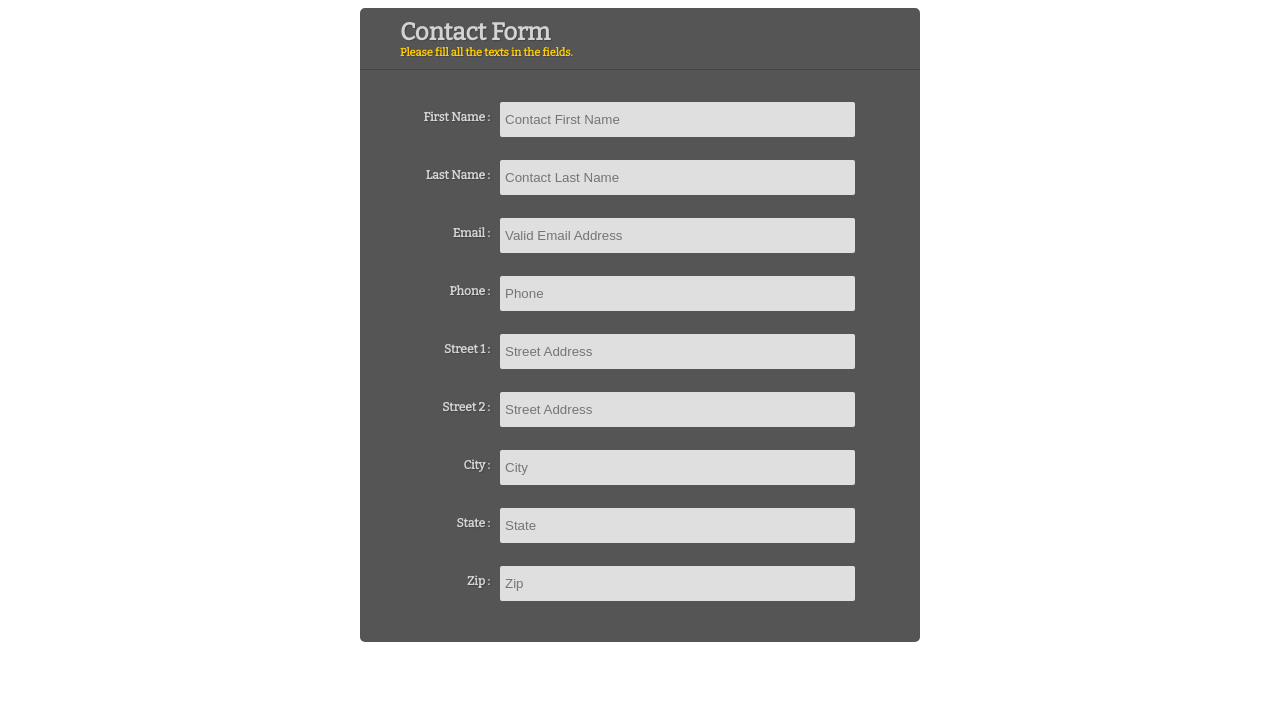
Repository: eugenehiggins/beginning-php-mysql
Page: http://localhost/create-record/add-record-form.php
The author's editor kept a record of every edit. The page is drawn from the files as they stood at one moment, then again after the next edit.
The browser window is 1280 px wide. The pictures show the whole page.
The page is run by PHP 8.4 with error messages shown; the project is at /var/www/html/.

Above is the page before.

### create-record/add-record-form.php
<!DOCTYPE html>
<html>
<head lang="en">
    <link href='https://fonts.googleapis.com/css?family=Bitter' rel='stylesheet' type='text/css'>
    <meta charset="UTF-8">
    <title>Add New Customer</title>
    <script src="../scripts/jquery-2.1.3.min.js"></script>
    <link rel="stylesheet" href="../css/form.css">
</head>
<body>
<?php $action = "add-record"; ?>
<?php include ('html-form-part.php'); ?>
</body>
</html>

### create-record/html-form-part.php
<form action="" method="post" class="dark-matter ">
    <h1>Contact Form
        <span>Please fill all the texts in the fields.</span>
    </h1>
    <label>
        <span>First Name :</span>
        <input id="contactFirstName" type="text" name="contactFirstName" placeholder="Contact First Name" />
    </label>

    <label>
        <span>Last Name :</span>
        <input id="contactLastName" type="text" name="contactLastName" placeholder="Contact Last Name" />
    </label>

    <label>
        <span>Email :</span>
        <input id="email" type="email" name="email" placeholder="Valid Email Address" />
    </label>

    <label>
        <span>Phone :</span>
        <input id="phone" type="text" name="phone" placeholder="Phone" />
    </label>

    <label>
        <span>Street 1 :</span>
        <input id="addressLine1" type="text" name="addressLine1" placeholder="Street Address" />
    </label>

    <label>
        <span>Street 2 :</span>
        <input id="addressLine2" type="text" name="addressLine2" placeholder="Street Address" />
    </label>

    <label>
        <span>City :</span>
        <input id="city" type="text" name="city" placeholder="City" />
    </label>

    <label>
        <span>State :</span>
        <input id="state" type="text" name="state" placeholder="State" />
    </label>

    <label>
        <span>Zip :</span>
        <input id="postalCode" type="text" name="postalCode" placeholder="Zip" />
    </label>

    <!--<legend>New customer</legend>
        <label>first name: </label><input name="contactFirstName" type="text" size="40">
        <label>last name:</label> <input name="contactLastName" type="text" size="40">
        <label>phone: </label><input name="phone" type="text" size="40">
        <label>street address:</label> <input name="addressLine1" type="text" size="40">
        <label>street address:</label> <input name="addressLine2" type="text" size="40">
        <label>city:</label> <input name="city" type="text" size="40">
        <label>state:</label> <input name="state" type="text" size="2">
        <label>zip:</label> <input name="postalCode" type="text" size="10">
        <label></label><input type="submit" value="Submit">
-->

### css/form.css
/* #### Dark Matter #### */

.dark-matter {
    margin-left: auto;
    margin-right: auto;
    max-width: 500px;
    background: #555;
    padding: 20px 30px 20px 30px;
    font: normal 12px 'Bitter','Helvetica', serif;
    color: #D3D3D3;
    text-shadow: 1px 1px 1px #444;
    border: none;
    border-radius: 5px;
    -webkit-border-radius: 5px;
    -moz-border-radius: 5px;
}
.dark-matter a{
    size: inherit;
    color: inherit;
}
.dark-matter h1 {

    padding: 0px 0px 10px 40px;
    display: block;
    border-bottom: 1px solid #444;
    margin: -10px -30px 30px -30px;
}
.dark-matter h1>span {
    color: #FFCC02;
    display: block;
    font-size: 11px;
}
.dark-matter label {
    display: block;
    margin: 0px 0px 5px;
}
.dark-matter label>span {
    float: left;
    width: 20%;
    text-align: right;
    padding-right: 10px;
    margin-top: 10px;
    font-weight: bold;
}
.dark-matter input[type="text"], .dark-matter input[type="email"], .dark-matter textarea, .dark-matter select {
    border: none;
    color: #525252;
    height: 25px;
    line-height:15px;
    margin-bottom: 16px;
    margin-right: 6px;
    margin-top: 2px;
    outline: 0 none;
    padding: 5px 0px 5px 5px;
    width: 70%;
    border-radius: 2px;
    -webkit-border-radius: 2px;
    -moz-border-radius: 2px;
    -moz-box-shadow: inset 0 1px 1px rgba(0, 0, 0, 0.075);
    background: #DFDFDF;
}
.dark-matter select {
    background: #DFDFDF url('down-arrow.png') no-repeat right;
    background: #DFDFDF url('down-arrow.png') no-repeat right;
    appearance:none;
    -webkit-appearance:none;
    -moz-appearance: none;
    text-indent: 0.01px;
    text-overflow: '';
    width: 70%;
    height: 35px;
    color: #525252;
    line-height: 25px;
}
.dark-matter textarea{
    height:100px;
    padding: 5px 0px 0px 5px;
    width: 70%;
}
.dark-matter .button {
    background: #FFCC02;
    border: none;
    padding: 10px 25px 10px 25px;
    color: #585858;
    border-radius: 4px;
    -moz-border-radius: 4px;
    -webkit-border-radius: 4px;
    text-shadow: 1px 1px 1px #FFE477;
    font-weight: bold;
    box-shadow: 1px 1px 1px #3D3D3D;
    -webkit-box-shadow:1px 1px 1px #3D3D3D;
    -moz-box-shadow:1px 1px 1px #3D3D3D;
}

.dark-matter .button:hover {
    color: #333;
    background-color: #EBEBEB;
}

Loaded but not shown: scripts/jquery-2.1.3.min.js (library)

After the next edit:
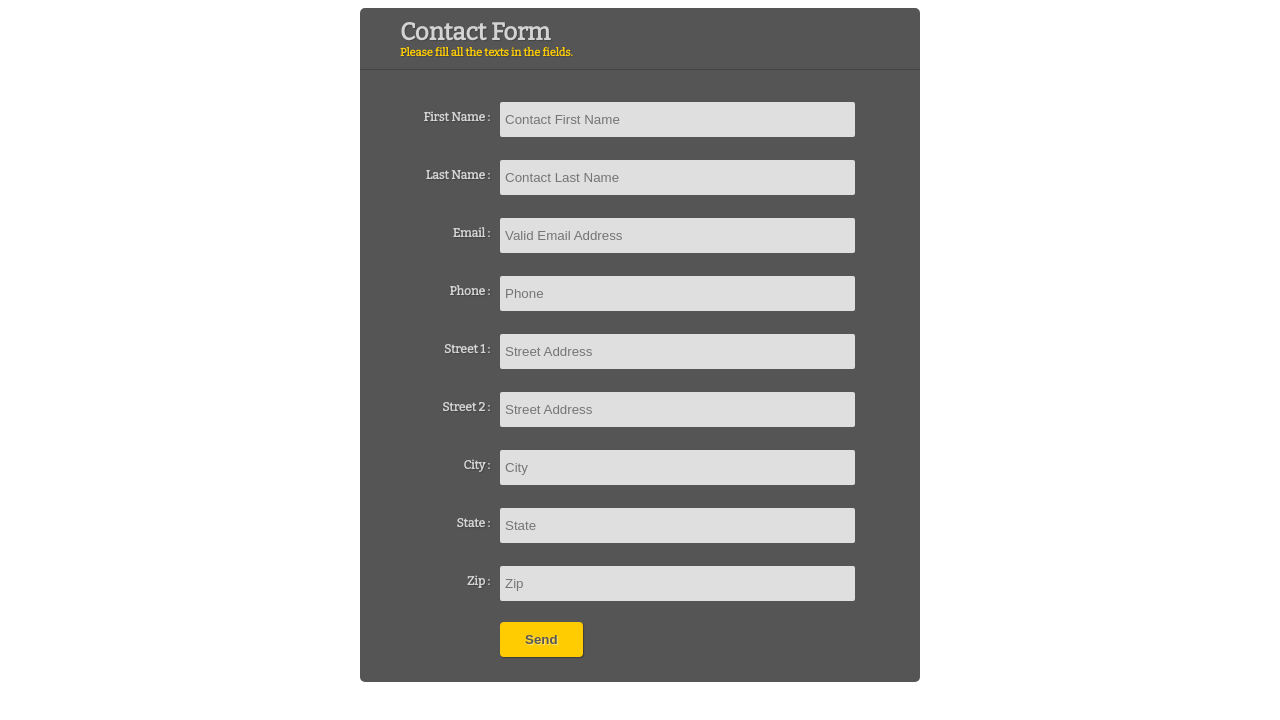
The edit:
--- a/create-record/html-form-part.php
+++ b/create-record/html-form-part.php
@@ -47,6 +47,12 @@
         <input id="postalCode" type="text" name="postalCode" placeholder="Zip" />
     </label>
 
+     <label>
+        <span>&nbsp;</span>
+        <input type="button" class="button" value="Send" />
+    </label>
+</form>
+
     <!--<legend>New customer</legend>
         <label>first name: </label><input name="contactFirstName" type="text" size="40">
         <label>last name:</label> <input name="contactLastName" type="text" size="40">
